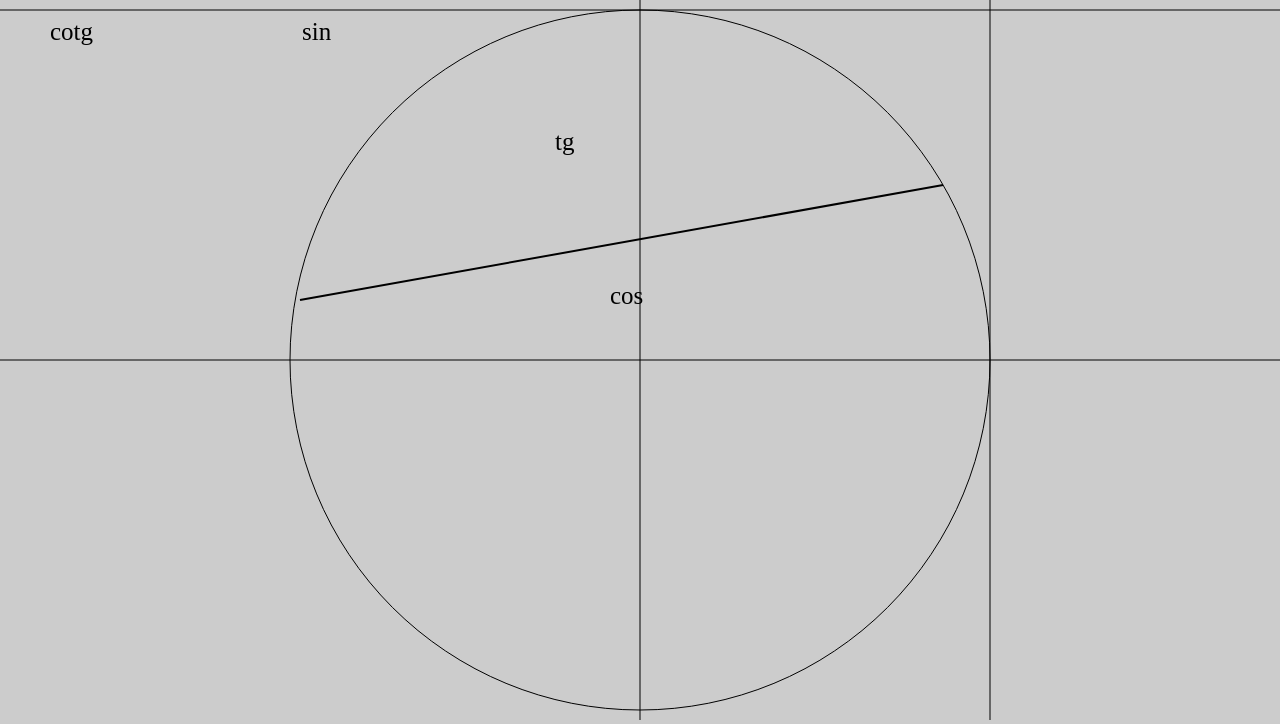
Repository: BraynStorm/braynstorm.github.io
Page: http://localhost/
An editor plug-in stored every save of this project. The page is shown before and after the next save, followed by the edit.
The browser window is 1280 px wide. The pictures show the whole page.
The page is run by PHP 8.4 with error messages shown; the project is at /var/www/html/.

Above is the page before, as saved 2015-02-24 15:54:19.

### JSDrawing/index.php
<!DOCTYPE html>
<html>
	<head>
		<meta charset="UTF-8">
		<title>Insert title here</title>
		<link rel="stylesheet" type="text/css" href="main.css"/>
		<script type="text/javascript" src="js/jquery-2.1.3.min.js"></script>
		<script type="text/javascript" src="js/swgDrawing.js"></script>

	</head>
	<body>
		<div id="content">
			<svg width="1000" height="1000">
				<circle id="mainCircle" cx="300" cy="300" r="250" fill="none" stroke="black" />
				<line x1="300" y1="0" x2="300" y2="600" style="stroke:rgb(0,0,0);stroke-width:1;" id="sinLine" />
				<line x1="0" y1="300" x2="600" y2="300" style="stroke:rgb(0,0,0);stroke-width:1;" id="cosLine" />

				<line x1="550" y1="0" x2="550" y2="600" style="stroke:rgb(0,0,0);stroke-width:1;" id="tgLine" />
				<line x1="0" y1="50" x2="600" y2="50" style="stroke:rgb(0,0,0);stroke-width:1;" id="cotgLine" />

				<text x="610" y="304" style="font-size:25px;">cos</text>
				<text x="302" y="40" style="font-size:25px;">sin</text>
				<text x="555" y="150" style="font-size:25px;">tg</text>
				<text x="50" y="40" style="font-size:25px;">cotg</text>


				<!--  THE ANGLE -->

				<line id="angle" x1="300" y1="300" x2="0" y2="0" style="stroke:rgb(0,0,0);stroke-width:2;" />


			</svg>

			<input type="text" value="30" id="angleBox" />
		</div>
	</body>
</html>

### JSDrawing/main.css
@CHARSET "UTF-8";

body{
	background-color: #CCC;
	padding: 0;
	margin: 0;
	overflow: hidden;
}

svg{
	margin-top: 0px;
}

#angleBox{
	position: fixed;
	bottom: 10px;
}

### JSDrawing/js/swgDrawing.js
$(document).ready(function (){
	var box = $("#angleBox");
	var beginX = window.innerWidth/2;
	var beginY = window.innerHeight/2;


	var radius = 350;

	var svg = $('svg');

	var circle = $('#mainCircle');

	var sinLine = $("#sinLine");
	var cosLine = $("#cosLine");
	var tgLine = $("#tgLine");
	var cotgLine = $("#cotgLine");

	svg.css({
		width:  window.innerWidth,
		height: window.innerHeight
	});

	circle.attr({
		cx : beginX,
		cy : beginY,
		r : radius
	});

	sinLine.attr({
		x1: beginX,
		y1: 0,
		x2: beginX,
		y2: window.innerHeight
	});


	cosLine.attr({
		x1: 0,
		y1: beginY,
		x2: window.innerWidth,
		y2: beginY
	});


	tgLine.attr({
		x1: beginX + radius,
		y1: 0,
		x2: beginX + radius,
		y2: window.innerHeight
	});

	cotgLine.attr({
		x1: 0,
		y1: beginY - radius,
		x2: window.innerWidth,
		y2: beginY - radius
	});



	var angle = 0;


	var animator;


	animateAngle();

	function animateAngle(){
		var toAngle = parseInt(box.val());

		if(angle-toAngle > 0){
			angle -= 1;
		}else if (angle-toAngle < 0){
			angle += 1;
		}else{

		}
		var radians = (Math.PI * 2) * (angle % 360) / 360 ;

		x = beginX+  (Math.cos(radians) * radius);
		y = beginY - (Math.sin(radians) * radius);


		$("#angle").attr("x2", x);
		$("#angle").attr("y2", y);

		animator = setTimeout(animateAngle, 10/Math.abs(angle-toAngle));
	}

});

Loaded but not shown: JSDrawing/js/jquery-2.1.3.min.js (library)

After the next save:
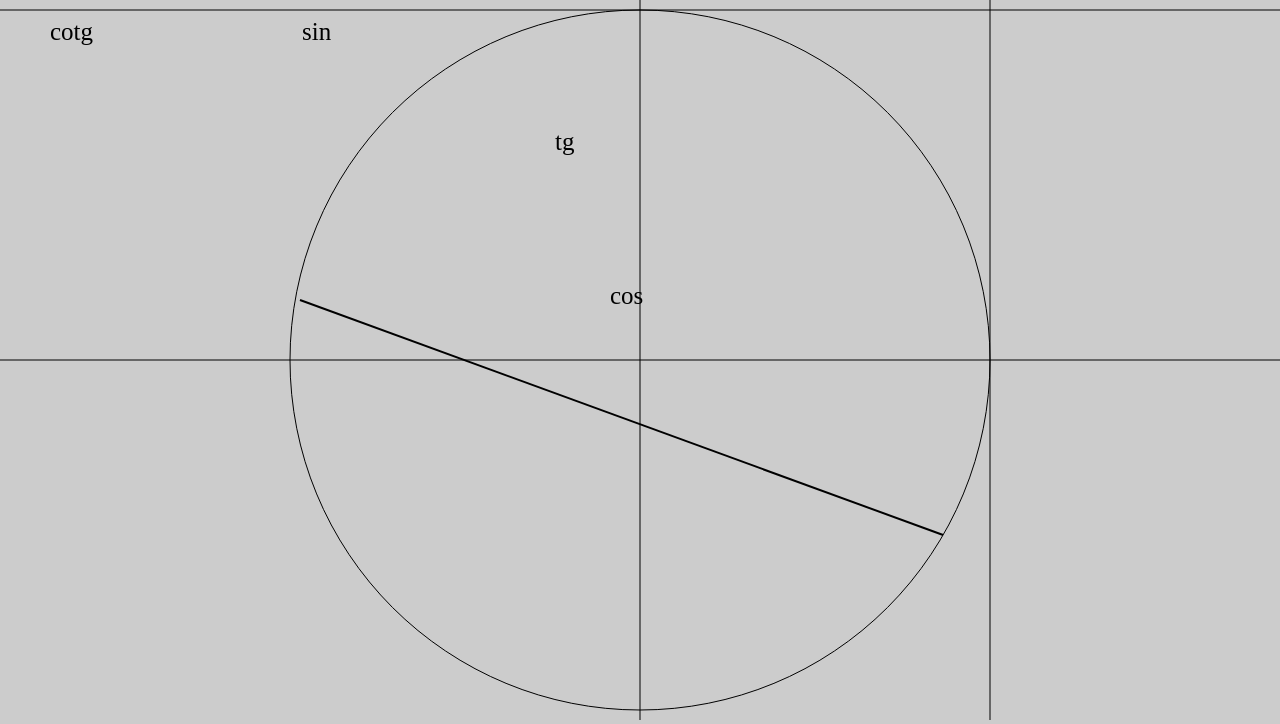
Saved 7 s later.
--- a/JSDrawing/js/swgDrawing.js
+++ b/JSDrawing/js/swgDrawing.js
@@ -78,8 +78,8 @@
 		}
 		var radians = (Math.PI * 2) * (angle % 360) / 360 ;
 
-		x = beginX+  (Math.cos(radians) * radius);
-		y = beginY - (Math.sin(radians) * radius);
+		x = beginX + (Math.cos(radians) * radius);
+		y = beginY + (Math.sin(radians) * radius);
 
 
 		$("#angle").attr("x2", x);

After the save that followed:
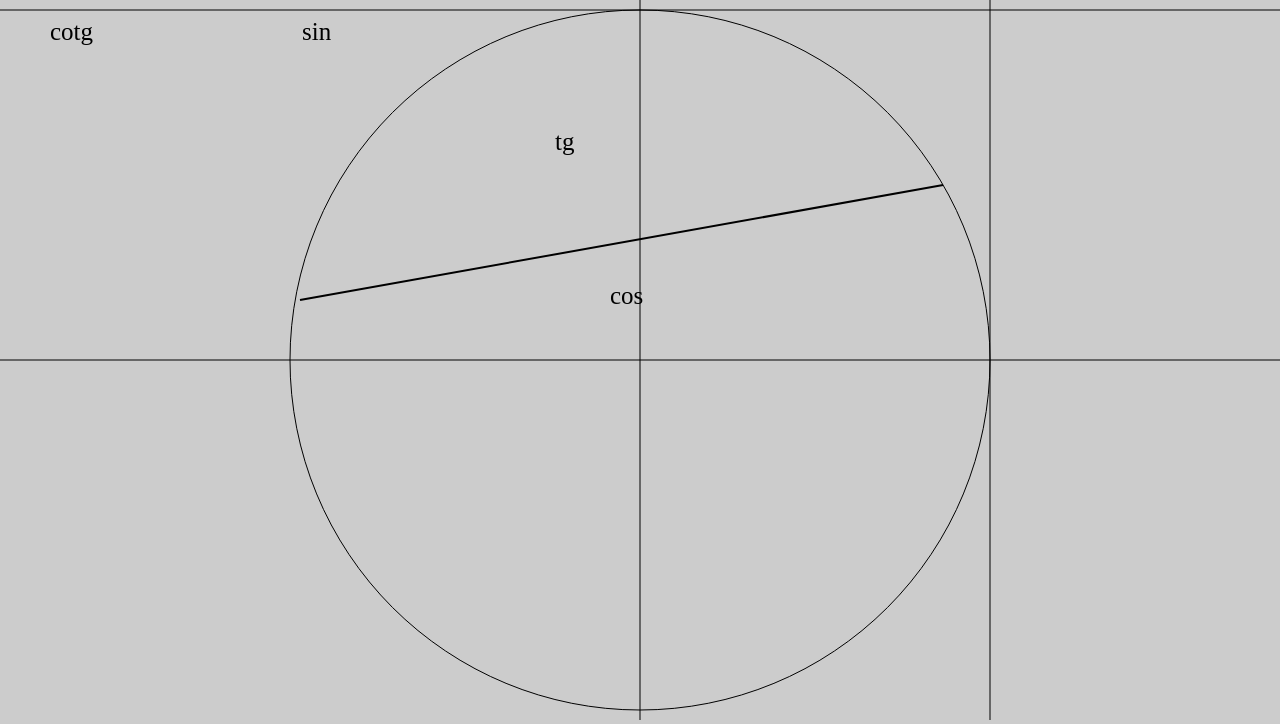
Saved 21 s later.
--- a/JSDrawing/js/swgDrawing.js
+++ b/JSDrawing/js/swgDrawing.js
@@ -79,7 +79,7 @@
 		var radians = (Math.PI * 2) * (angle % 360) / 360 ;
 
 		x = beginX + (Math.cos(radians) * radius);
-		y = beginY + (Math.sin(radians) * radius);
+		y = beginY - radius + (Math.sin(radians) * radius);
 
 
 		$("#angle").attr("x2", x);
